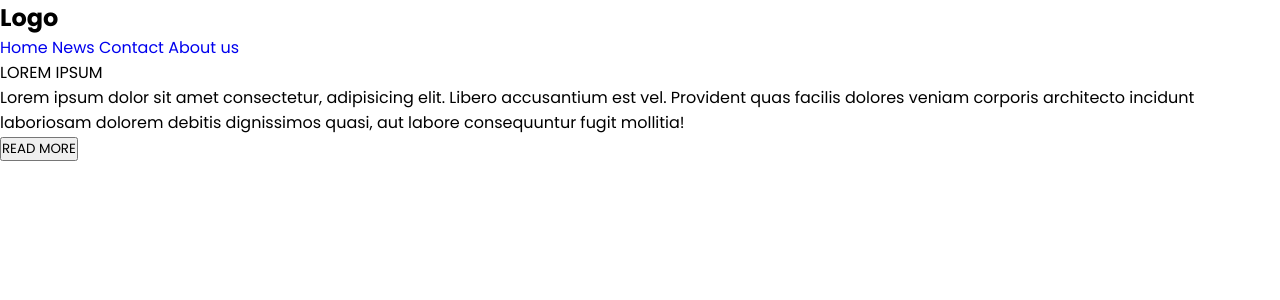
Repository: nganha241/1806
Page: index.html
An editor plug-in stored every save of this project. The page is shown before and after the next save, followed by the edit.
The browser window is 1280 px wide. The pictures show the whole page.

Above is the page before, as saved 2022-06-18 15:29:45.

### index.html
<!DOCTYPE html>
<html lang="en">
  <head>
    <meta charset="UTF-8" />
    <meta http-equiv="X-UA-Compatible" content="IE=edge" />
    <meta name="viewport" content="width=device-width, initial-scale=1.0" />
    <title>Document</title>
    <link rel="stylesheet" href="style.css" />
  </head>
  <body>
    <section>
      <header>
        <div class="logo">
          <h2>Logo</h2>
        </div>
        <div class="navigation">
          <a href="#">Home</a>
          <a href="#">News</a>
          <a href="#">Contact</a>
          <a href="#">About us</a>
        </div>
      </header>
      <div class="content">
        <div class="title">LOREM IPSUM</div>
        <p>
          Lorem ipsum dolor sit amet consectetur, adipisicing elit. Libero
          accusantium est vel. Provident quas facilis dolores veniam corporis
          architecto incidunt laboriosam dolorem debitis dignissimos quasi, aut
          labore consequuntur fugit mollitia!
        </p>
        <button class="btn-more">READ MORE</button>
      </div>
    </section>
  </body>
</html>

### style.css
@import url('https://fonts.googleapis.com/css2?family=Poppins:wght@300;400;500;600;700;800;900&display=swap');

* {
    box-sizing: border-box;
    padding: 0;
    margin: 0;
    font-family: 'Poppins', sans-serif;
}

a {
    text-decoration: none;
}

After the next save:
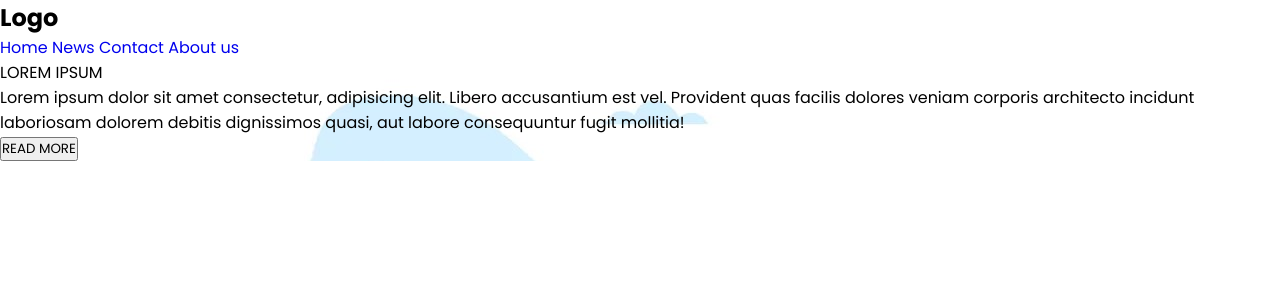
Saved 14 s later.
--- a/style.css
+++ b/style.css
@@ -10,3 +10,7 @@
 a {
     text-decoration: none;
 }
+
+section {
+    background: url('./bg.jpg');
+}
